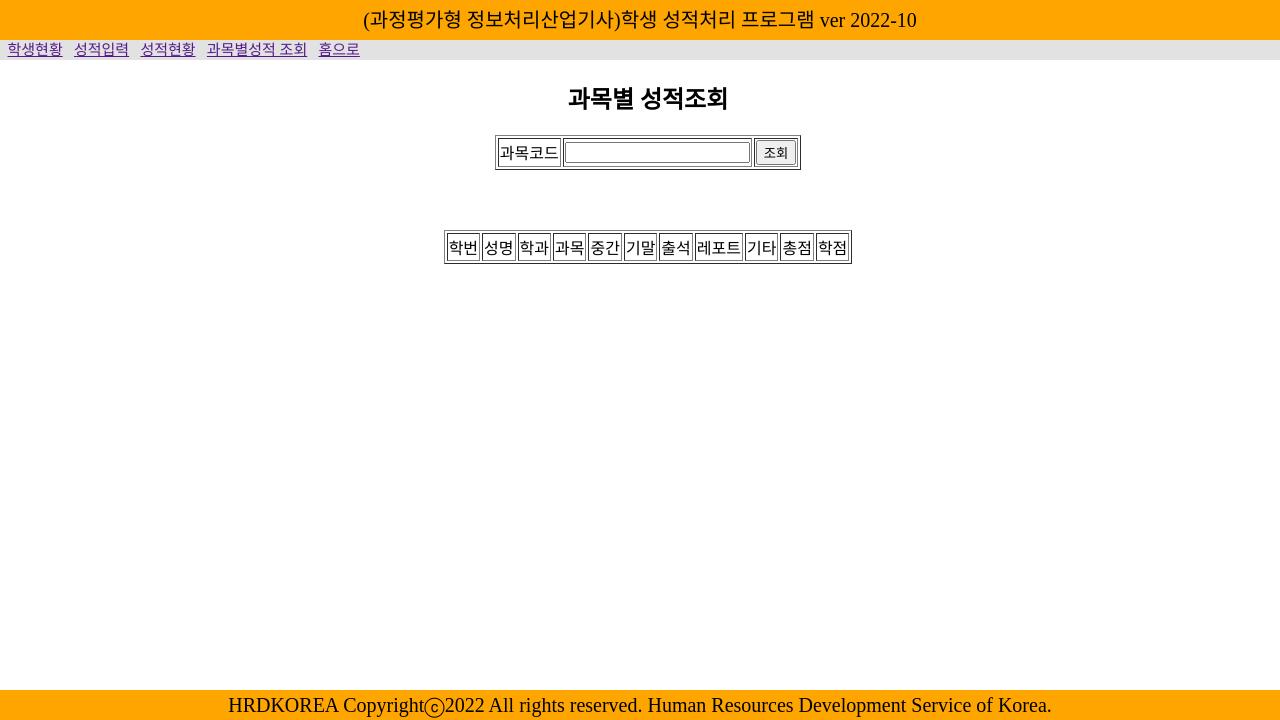
Repository: YeoJeongmo/hrdKorea
Page: http://localhost/HRD_01/sub_score.jsp
An editor plug-in stored every save of this project. The page is shown before and after the next save, followed by the edit.
The browser window is 1280 px wide. The pictures show the whole page.
The page is served by Tomcat 9. Queries for data that is not in the repository find no rows.

Above is the page before, as saved 2024-09-02 13:27:34.

After the next save:
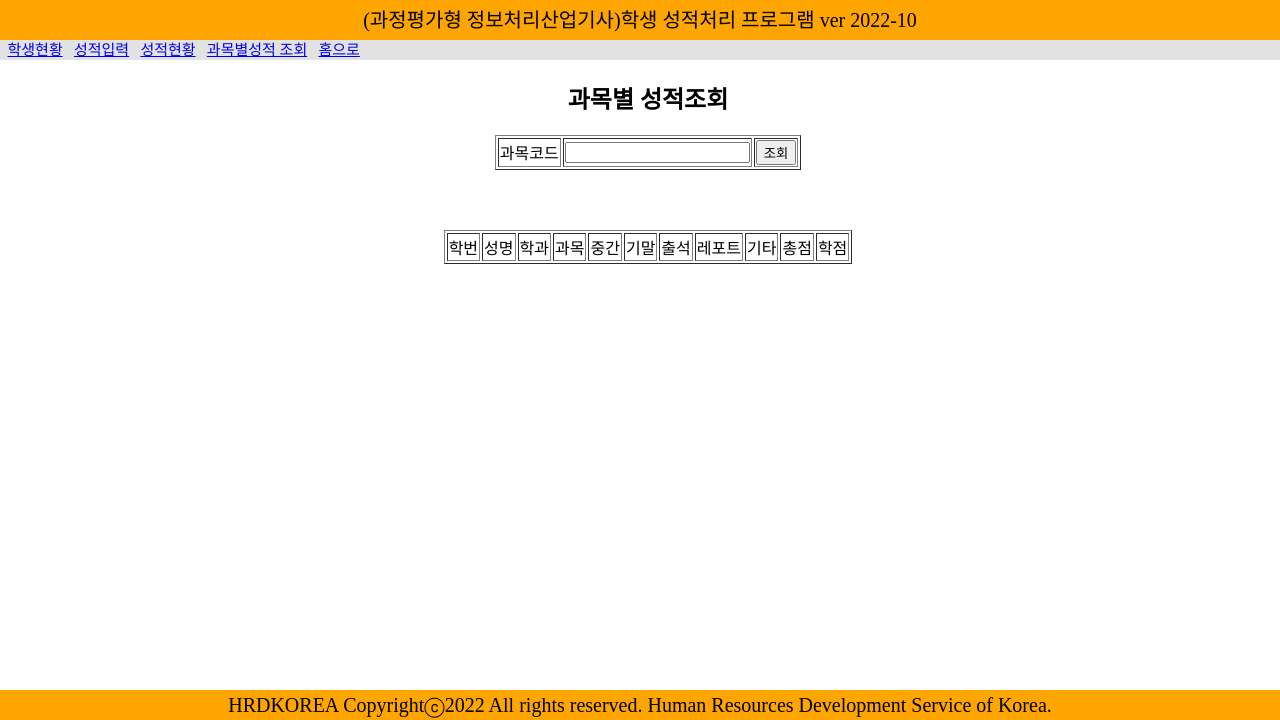
Saved 74 s later.
--- a/cbq_02/workspace/HRD_01/src/main/webapp/header.jsp
+++ b/cbq_02/workspace/HRD_01/src/main/webapp/header.jsp
@@ -10,11 +10,11 @@
 
 <header style="position: fixed; top: 0; left: 0; width: 100%; line-height: 40px; height: 40px; font-size: 20px; background-color: orange; color: black; text-align: center;">(과정평가형 정보처리산업기사)학생 성적처리 프로그램 ver 2022-10</header>
 <nav style="position: fixed; top: 40px; left: 0; width: 100%; line-height: 20px; height: 20px; font-size: 15px; background-color: #e2e2e2; color: black;">
-&nbsp;&nbsp;<a href="">학생현황</a>
-&nbsp;&nbsp;<a href="">성적입력</a>
-&nbsp;&nbsp;<a href="">성적현황</a>
-&nbsp;&nbsp;<a href="">과목별성적 조회</a>
-&nbsp;&nbsp;<a href="">홈으로</a>
+&nbsp;&nbsp;<a href="c_list.jsp">학생현황</a>
+&nbsp;&nbsp;<a href="insert.jsp">성적입력</a>
+&nbsp;&nbsp;<a href="score.jsp">성적현황</a>
+&nbsp;&nbsp;<a href="sub_score.jsp">과목별성적 조회</a>
+&nbsp;&nbsp;<a href="index.jsp">홈으로</a>
 </nav>
 
 </body>
